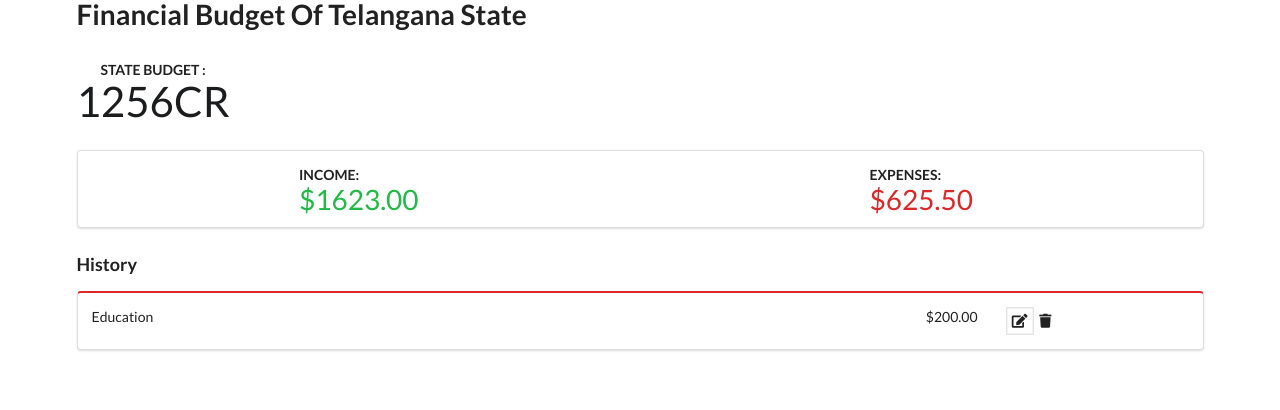
Repository: akHil07090709/advanced-react
Page: /
The author's editor kept a copy of each file at every save. The page is drawn from the files as they stood at one save, then again after the next save.
The browser window is 1280 px wide. The pictures show the whole page.
The project was rebuilt for these pictures with package versions that can differ from the ones it lists, and the page was loaded fresh each time. Also part of the build but not shown: src/App.css.

Above is the page before, as saved 2021-05-25 07:44:51.

### src/index.js
import React from "react";
import ReactDOM from "react-dom";
import "./index.css";
import App from "./App";
import "semantic-ui-css/semantic.min.css";

ReactDOM.render(
  <React.StrictMode>
    <App />
  </React.StrictMode>,
  document.getElementById("root")
);

// If you want to start measuring performance in your app, pass a function
// to log results (for example: reportWebVitals(console.log))
// or send to an analytics endpoint. Learn more: https://bit.ly/CRA-vitals

### src/App.js
import {
  Container,
  Grid,
  Header,
  Icon,
  Segment,
  Statistic,
} from "semantic-ui-react";
import "./App.css";

function App() {
  return (
    <Container>
      <Header as="h1">Financial Budget Of Telangana State</Header>
      <Statistic size="small">
        {/* A statistic can display a value with a label above or below it.*/}
        <Statistic.Label>State Budget : </Statistic.Label>
        <Statistic.Value>1256cr</Statistic.Value>
      </Statistic>
      <Segment textAlign="center">
        <Grid columns={2}>
          <Grid.Row>
            <Grid.Column>
              <Statistic size="tiny" color="green">
                <Statistic.Label style={{ textAlign: "left" }}>
                  Income:
                </Statistic.Label>
                <Statistic.Value>$1623.00</Statistic.Value>
              </Statistic>
            </Grid.Column>
            <Grid.Column>
              <Statistic size="tiny" color="red">
                <Statistic.Label style={{ textAlign: "left" }}>
                  Expenses:
                </Statistic.Label>
                <Statistic.Value>$625.50</Statistic.Value>
              </Statistic>
            </Grid.Column>
          </Grid.Row>
        </Grid>
      </Segment>
      <Header as="h3">History</Header>
      <Segment color="red">
        <Grid columns={3}>
          <Grid.Row>
            <Grid.Column width={10}>Education</Grid.Column>
            <Grid.Column width={3} textAlign="right">
              $200.00
            </Grid.Column>
            <Grid.Column width={3}>
              <Icon name="edit" bordered />
              <Icon name="trash" />
            </Grid.Column>
          </Grid.Row>
        </Grid>
      </Segment>
    </Container>
  );
}

export default App;

Loaded but not shown: public/index.html (common file); src/index.css (common file)

After the next save:
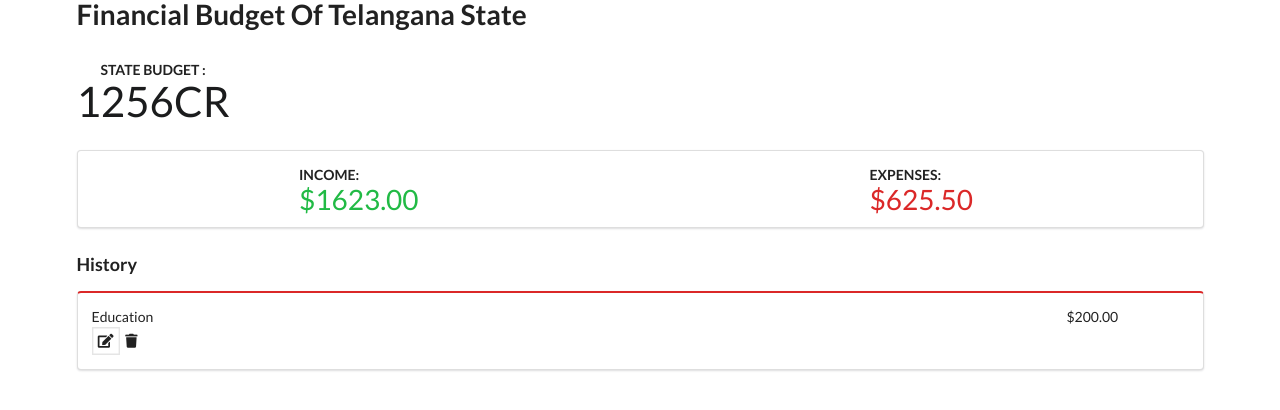
Saved 45 s later.
--- a/src/App.js
+++ b/src/App.js
@@ -43,7 +43,7 @@
       <Segment color="red">
         <Grid columns={3}>
           <Grid.Row>
-            <Grid.Column width={10}>Education</Grid.Column>
+            <Grid.Column width={12}>Education</Grid.Column>
             <Grid.Column width={3} textAlign="right">
               $200.00
             </Grid.Column>
